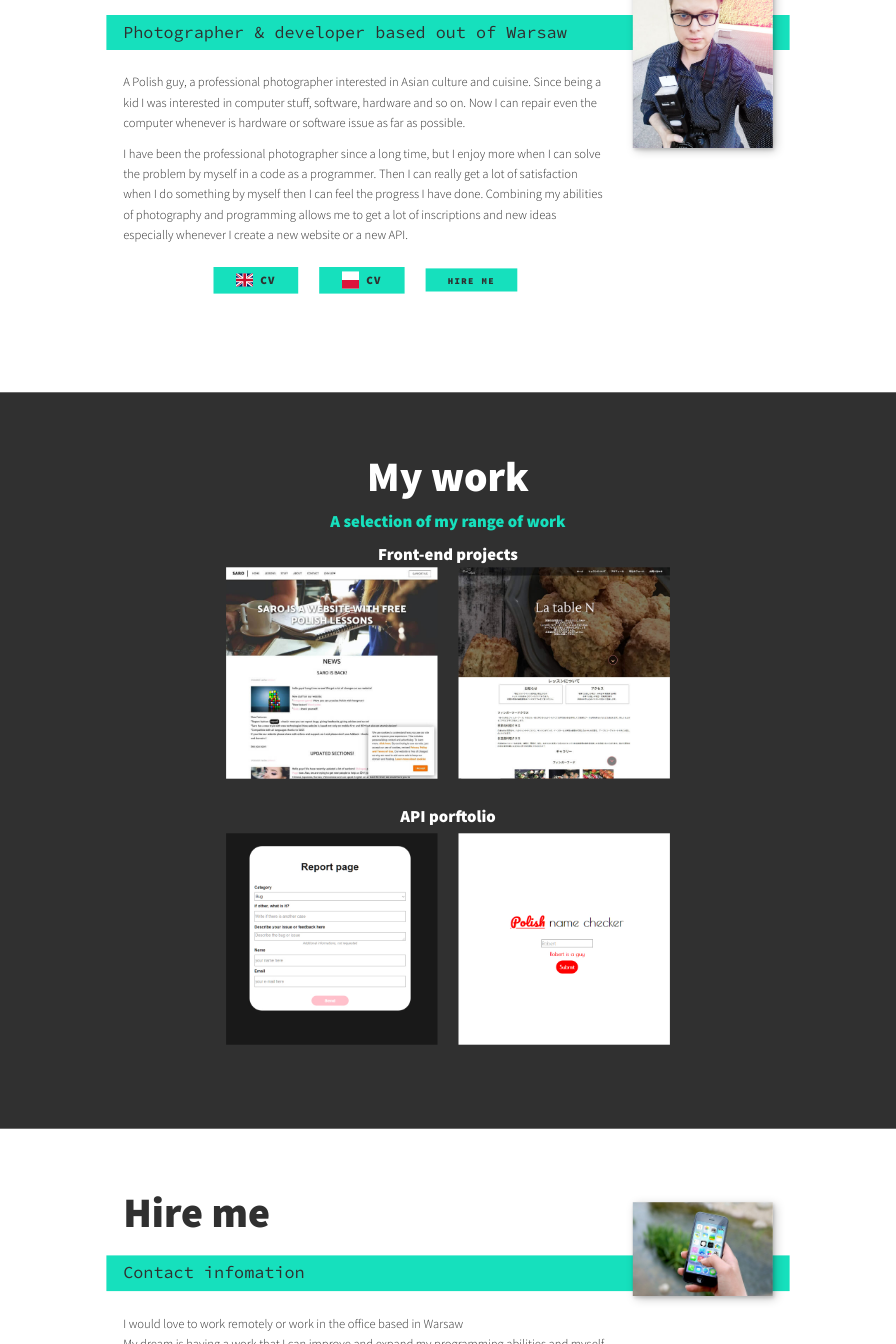
Repository: michalskirobert/michalskirobert.github.io
Page: index.html
An editor plug-in stored every save of this project. The page is shown before and after the next save, followed by the edit.
The browser window is 1280 px wide. The pictures show the part of the page from y = 1529 to 3449 px (the page is 4337 px tall), at 70% of full size.
Some web libraries are served in a nearby version.

Above is the page before, as saved 2020-10-29 22:03:05.
Console error: TypeError: Cannot read properties of null (reading 'addEventListener')

### index.html
<!DOCTYPE html>
<html lang="en">

<head>
    <meta charset="UTF-8">
    <meta name="viewport" content="width=device-width, initial-scale=1.0">
    <meta name="theme-color" content="#16e0bd"/>
    <meta name="apple-mobile-web-app-status-bar-style" content="#16e0bd"/>

    <title>Robert Michalski</title>
    <link rel="stylesheet" href="https://cdnjs.cloudflare.com/ajax/libs/normalize/7.0.0/normalize.min.css">
    <link rel="stylesheet" href="https://cdnjs.cloudflare.com/ajax/libs/font-awesome/5.11.2/css/all.css"
        integrity="sha256-46qynGAkLSFpVbEBog43gvNhfrOj+BmwXdxFgVK/Kvc=" crossorigin="anonymous" />

    <!-- Update these with your own fonts -->
    <link href="https://fonts.googleapis.com/css?family=Source+Code+Pro:400,900|Source+Sans+Pro:300,900&display=swap"
        rel="stylesheet">

    <link rel="stylesheet" href="css/style.css">

</head>

<body>
    <header>
        <div class="logo">
            <i class="fas fa-terminal"></i>
            <p class="name"></p>
        </div>
        <button class="nav-toggle" aria-label="toggle navigation">
            <span class="hamburger"></span>
        </button>
        <nav class="nav">
            <ul class="nav__list">
                <li class="nav__item"><a href="#home" class="nav__link">Home</a></li>
                <li class="nav__item"><a href="#skills" class="nav__link">My skills</a></li>
                <li class="nav__item"><a href="#about" class="nav__link">About me</a></li>
                <li class="nav__item"><a href="#work" class="nav__link">My Work</a></li>
                <li class="nav__item"><a href="#hire-me" class="nav__link">Hire me</a></li>
            </ul>
        </nav>
    </header>

    <!-- Introduction -->
    <section class="intro" id="home">
        <h1 class="section__title section__title--intro">
            Hi, I am <strong>Robert <br>
                Michalski</strong>
        </h1>
        <p class="section__subtitle section__subtitle--intro">front-end dev</p>
        <img src="img/dev-robert.jpg" alt="a picture of me with smile :)" class="intro__img">
        <div class="button__item">
            <a href="#about" class="btn">About me</a>
        </div>
    </section>


    <!-- My skills -->
    <section class="my-skills" id="skills">
        <h2 class="section__title section__title--skills">Skills</h2>
        <div class="skills">
            <div class="skill">
                <h3>Technologies</h3>
                <p><i class="fab fa-html5"></i>(Good)</p>
                <p><i class="fab fa-css3-alt"></i>(Good)</p>
                <p><i class="fab fa-sass"></i>(Basic)</p>
                <p><i class="fab fa-js-square"></i>(ES5, ES6, jQuery, JSON - Basic)</b>
                <p><i class="fab fa-github"></i>(Basic)</p>
                <p><i class="fab fa-java"></i>(Very basic)</p>
                <h3>And little bit</h3>
                <div class="skill__row">
                    <i class="fab fa-php"></i>
                    <i class="fab fa-react"></i>
                    <i class="fab fa-node"></i>
                </div>
            </div>
            <!-- / skill -->
            <div class="skill">
                <h3>Tools</h3>
                <div class="image__item">
                    <img src="./img/visual-studio-code-1.svg" alt="Visual Studio Code" />
                    <img src="./img/intellij-idea-1.svg" alt="Inteliji IDEA" />
                    <img src="./img/adobe-xd.svg" alt="Adobe Xd" />
                    <img src="./img/adobe-photoshop-cs6.svg" alt="Adobe Photoshop" />
                    <img src="./img/lightroom-cc.svg" alt="Adobe Lightroom" />
                    <img src="./img/gsap-greensock.svg" alt="GSAP" />
                    <img src="./img/google-analytics-3.svg" alt="Google Analytics" />
                    <img src="./img/google-lighthouse.svg" alt="Google Lighthouse" />
                    <img src="./img/Npm-01.svg" alt="NPM">
                </div>
                <h3>Methods</h3>
                <p>BEM, RWD, <b>Mobile first</b>.</p>
                <p>Following the example of <span>A</span>tomic <span>D</span>esign</p>
            </div>
            <!-- / skill -->
            <div class="skill">
                <h3>Languages</h3>
                <p>Polish</p>
                <p>English</p>
                <p>Korean</p>
                <p>Japanese</p>
            </div>
            <!-- / skill -->
        </div>
        <!-- / skills -->

        <a href="#work" class="btn">My Work</a>
    </section>


    <!-- About me -->
    <section class="about-me" id="about">
        <h2 class="section__title section__title--about">Who I am</h2>
        <p class="section__subtitle section__subtitle--about">Photographer & developer based out of Warsaw</p>

        <div class="about-me__body">
            <p>A Polish guy, a professional photographer interested in Asian culture and cuisine. Since being a kid I
                was
                interested in computer
                stuff, software, hardware and so on. Now I can repair even the computer whenever is hardware or software
                issue as
                far as possible.</p>
            <p>I have been the professional photographer since a long time, but I enjoy more when I can solve the problem by myself in a
                code
                as a programmer. Then I can really get a lot of satisfaction when I do something by myself then I can
                feel the progress I have done. Combining my abilities of photography and programming allows me to get a
                lot of inscriptions and new ideas especially whenever I create a new website or a new API. </p>
        </div>
        <img src="img/dev-robert02.jpg" alt="Photographer Robert Michalski" class="about-me__img">

        <div class="portfolio-item-individual">
            <a href="cv_en.pdf" class="btn" target="_blank"><b><img src="./img/gb.svg" width="25px" height="25px"
                        style="float: left; margin-right: 10px;">CV</b></a>
            <a href="cv.pdf" class="btn" target="_blank"><b><img src="./img/pl.svg" width="25px" height="25px"
                        style="float: left; margin-right: 10px;">CV</b></a>
                        <a href="#hire-me" class="btn">Hire me</a>
        </div>
    </section>

    <!-- My Work -->
    <section class="my-work" id="work">
        <h2 class="section__title section__title--work">My work</h2>
        <p class="section__subtitle section__subtitle--work">A selection of my range of work</p>
        <h3 class="section__title section__title--work">Front-end projects</h3>
        <div class="portfolio">
            <!-- Portfolio item 01 -->
            <div class="portfolio__item">
                <img src="img/portfolio-01.jpg" alt="Saro.website - Website for people studying Polish" class="portfolio__img">
                <div class="describe__item">
                    <div class="describe">
                        <h3>SARO.website</h3>
                        <p>Website was made for people studying Polish</p>
                        <b>Used technologies:</b>
                        <div class="check__item">
                            <i class="fab fa-html5"></i>
                            <i class="fab fa-sass"></i>
                            <i class="fab fa-js-square"></i>
                            <i class="fab fa-php"></i>
                        </div>
                        <div class="check__item">
                            <i class="fab fa-github"></i>
                            <a href="https://github.com/michalskirobert/SARO-2.0.2" target="_blank"><b>Source code</b></a>
                        </div>
                        <div class="check__item">
                            <i class="fas fa-server"></i>
                            <a href="https://saro.website" target="_blank"><b>Live</b></a>
                        </div>
                    </div>
                </div>
            </div>

            <!-- Portfolio item 02 -->
            <div class="portfolio__item">
                <img src="img/portfolio-02.jpg" alt="La Table N - best finger foods in Japan" class="portfolio__img">
                <div class="describe__item">
                    <div class="describe">
                        <h3>La Table N</h3>
                        <p>Website made for Japanese teacher of finger foods</p>
                        <b>Used technologies:</b>
                        <div class="check__item">
                            <i class="fab fa-html5"></i>
                            <i class="fab fa-sass"></i>
                            <i class="fab fa-js-square"></i>
                            <i class="fab fa-php"></i>
                        </div>
                        <div class="check__item">
                            <i class="fab fa-github"></i>
                            <a href="https://github.com/michalskirobert/La-Table-N" target="_blank"><b>Source code</b></a>
                        </div>
                        <div class="check__item">
                            <i class="fas fa-server"></i>
                            <a href="http://latablen.saro.website" target="_blank"><b>Live</b></a>
                        </div>
                    </div>
                </div>
            </div>

            <!-- Portfolio item 03 -->
            <!-- <div class="portfolio__item">
                    <img src="img/portfolio-02.jpg" alt="" class="portfolio__img">
                    <div class="describe__item">
                        <div class="discribe">
                        <p>discribe</p>
                    </div>
                        <div class="check__item">
                       <a href="#"><i class="fab fa-github"></i>
                        <b>Source code</b></a>
                        </div>
                        <div class="check__item">
                            <a href="#"><i class="fas fa-server"></i>
                        <b>Live</b></a>
                    </div>
                    </div>
                </div> -->
        </div>
        <h3 class="section__title section__title--work">API porftolio</h3>
        <div class="portfolio">
            <div class="portfolio__item">
                <img src="img/portfolio__api-01.jpg" alt="Report API by Robert Michalski" class="portfolio__img">
                <div class="describe__item">
                    <div class="describe">
                        <h3>Report.JS</h3>
                        <p>Website made for getting infomations about bugs from users, live you can check to click report on saro.website</p>
                        <b>Used technologies:</b>
                        <div class="check__item">
                            <i class="fab fa-html5"></i>
                            <i class="fab fa-sass"></i>
                            <i class="fab fa-js-square"></i>
                            <i class="fab fa-php"></i>
                        </div>
                        <div class="check__item">
                            <a href="https://github.com/michalskirobert/report-JS" target="_blank"><i class="fab fa-github"></i>
                                <b>Source code</b></a>
                        </div>
                        <div class="check__item">
                            <a href="https://michalskirobert.github.io/portfolio/api/01/index.html" target="_blank"><i class="fas fa-server"></i>
                                <b>Live</b></a>
                        </div>
                    </div>
                </div>
            </div>

            <div class="portfolio__item">
                <img src="img/portfolio__api-02.jpg" alt="Polish Name checker by Robert Michalski" class="portfolio__img">
                <div class="describe__item">
                    <div class="describe">
                        <h3>Polish name Checker API</h3>
                        <p>This API I created for people who are confused with Polish names</p>
                        <b>Used technologies:</b>
                        <div class="check__item">
                            <i class="fab fa-html5"></i>
                            <i class="fab fa-css3-alt"></i>
                            <i class="fab fa-js-square"></i>
                        </div>
                        <div class="check__item">
                            <a href="https://github.com/michalskirobert/Polish-name-checker-1.0.0" target="_blank"><i class="fab fa-github"></i>
                                <b>Source code</b></a>
                        </div>
                        <div class="check__item">
                            <a href="https://michalskirobert.github.io/portfolio/api/02/index.html" target="_blank"><i class="fas fa-server"></i>
                                <b>Live</b></a>
                        </div>
                    </div>
                </div>
            </div>
        </div>
    </section>

    <!-- Hire me -->
    <section class="hire-me" id="hire-me">
        <h2 class="section__title section__title--hireMe">Hire me</h2>
        <p class="section__subtitle section__subtitle--hireMe">Contact infomation</p>

        <div class="hire-me__body">
            <p>I would love to work remotely or work in the office based in Warsaw <br>
                My dream is having a work that I can improve and expand my programming abilities and myself in
                front-end.
            </p>
            <p>I would love to learn more about Node.JS, React.JS and even PHP - for me if I can understand more
                back-end then I can be a really good front-end developer
            </p>
            <form action="https://formspree.io/f/moqpdypa" method="POST">
                <h3>Contact</h3>
                <input placeholder="Name or company name" type="text" id="name" name="name" value="" required>
                <input placeholder="Email" type="email" id="email" name="email"
                    onblur="this.setAttribute('value', this.value);" value="" required>
                    <textarea placeholder="Message" rows="1" id="msg" name="message" required></textarea>
                 <button type="submit">Send</button>
            </form>
        </div>
        <img src="img/contact.jpg" alt="Warsaw" class="about-me__img">
    </section>

    <!-- Footer -->
    <footer class="footer">
        <a href="mailto:robertxmichalskio@gmail.com" class="footer__link">robertxmichalskio@gmail.com</a>
        <ul class="social-list">
            <!-- <li class="social-list__item">
                <a class="social-list__link" href="https://codepen.io">
                    <i class="fab fa-codepen"></i>
                </a>
            </li> -->
            <li class="social-list__item">
                <a class="social-list__link" href="https://www.linkedin.com/in/robert-michalski-3792641b3/" target="_blank">
                    <i class="fab fa-linkedin"></i>
                </a>
            </li>
            <li class="social-list__item">
                <a class="social-list__link" href="https://www.facebook.com/oresamashikou/" target="_blank">
                    <i class="fab fa-facebook-square"></i>
                </a>
            </li>
            <li class="social-list__item">
                <a class="social-list__link" href="https://github.com/michalskirobert" target="_blank">
                    <i class="fab fa-github"></i>
                </a>
            </li>
        </ul>
    </footer>
    <div class="intro-slider">
        <div class="intro-text">
            <h2 class="hide">
                <span class="text">ロバート</span>
            </h2>
            <h2 class="hide">
                <span class="text">フロントエンド開発者</span>
            </h2>
            <h2 class="hide">
                <span class="text">ようこそ</span>
            </h2>
        </div>
    </div>
    <div class="slider"></div>
    <script src="https://ajax.googleapis.com/ajax/libs/jquery/3.5.1/jquery.min.js"></script>
    <script src="https://cdnjs.cloudflare.com/ajax/libs/gsap/3.5.1/gsap.min.js"
        integrity="sha512-IQLehpLoVS4fNzl7IfH8Iowfm5+RiMGtHykgZJl9AWMgqx0AmJ6cRWcB+GaGVtIsnC4voMfm8f2vwtY+6oPjpQ=="
        crossorigin="anonymous"></script>
    <script src="https://cdnjs.cloudflare.com/ajax/libs/gsap/3.4.2/ScrollTrigger.min.js"></script>
      <script src="https://formspree.io/js/formbutton-v1.min.js" defer></script>
  <script>
    window.formbutton=window.formbutton||function(){(formbutton.q=formbutton.q||[]).push(arguments)};
    formbutton("create", {action: "https://formspree.io/f/moqpdypa"})
  </script>
    <script src="js/index.js"></script>
    <script src="js/animations.js"></script>
    <script src="js/mail.js"></script>
</body>

</html>

### css/reset.css
html, body, div, span, applet, object, iframe,
h1, h2, h3, h4, h5, h6, p, blockquote, pre,
a, abbr, acronym, address, big, cite, code,
del, dfn, em, img, ins, kbd, q, s, samp,
small, strike, strong, sub, sup, tt, var,
b, u, i, center,
dl, dt, dd, ol, ul, li,
fieldset, form, label, legend,
table, caption, tbody, tfoot, thead, tr, th, td,
article, aside, canvas, details, embed,
figure, figcaption, footer, header, hgroup,
menu, nav, output, ruby, section, summary,
time, mark, audio, video {
	margin: 0;
	padding: 0;
	border: 0;
	outline: 0;
	font-size: 100%;
	font: inherit;
	vertical-align: baseline;
	background: transparent;
}
/* HTML5 display-role reset for older browsers */
article, aside, details, figcaption, figure,
footer, header, hgroup, menu, nav, section {
	display: block;
}
body {
	line-height: 1;
}
ol, ul {
	list-style: none;
}
blockquote, q {
	quotes: none;
}
blockquote:before, blockquote:after,
q:before, q:after {
	content: '';
	content: none;
}
table {
	border-collapse: collapse;
	border-spacing: 0;
}

Loaded but not shown: js/animations.js (63 lines, source omitted); js/mail.js (45 lines, source omitted); js/index.js (15 lines, source omitted); css/style.css (1032 lines, source omitted)

After the next save:
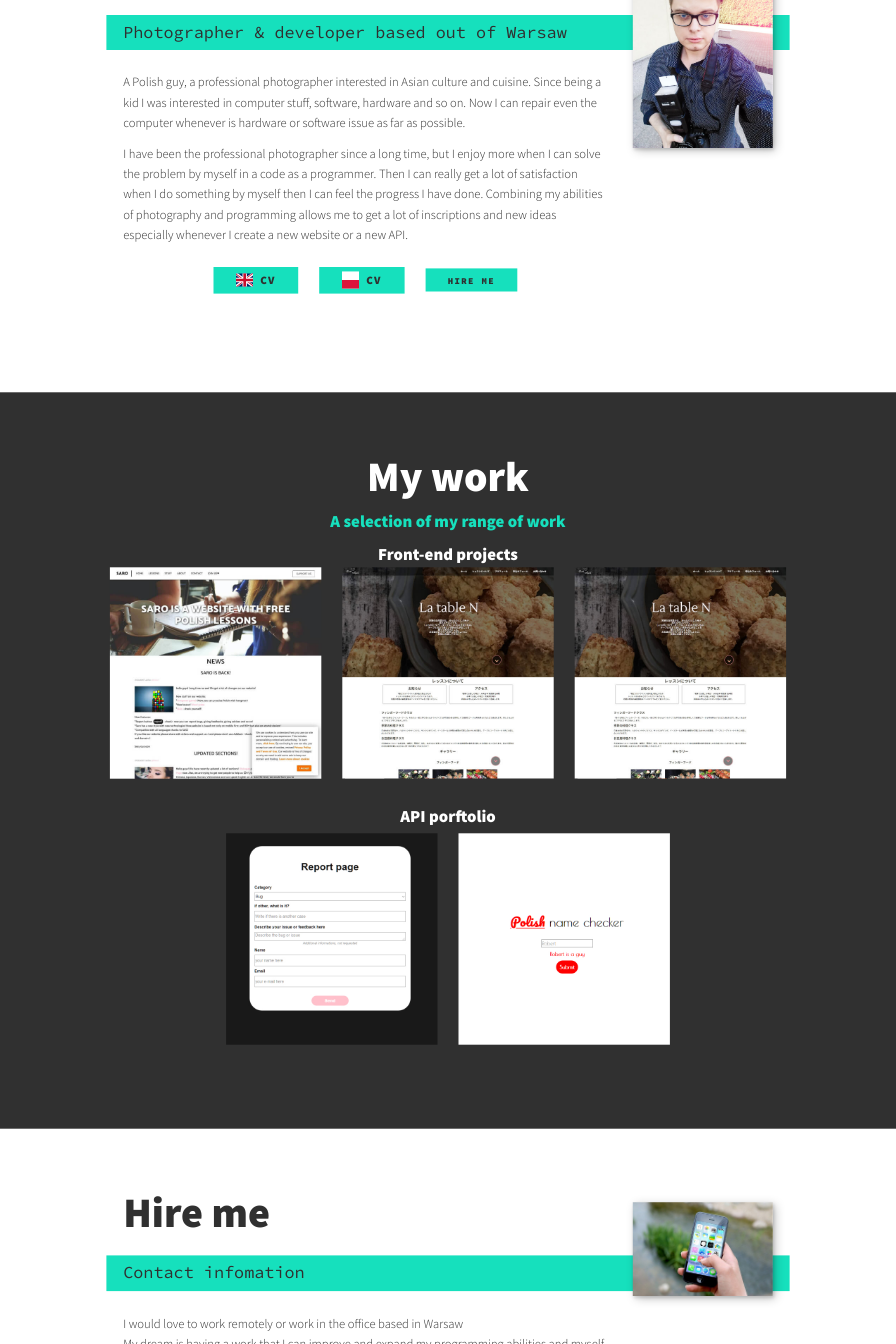
Saved 45 min 27 s later.
--- a/index.html
+++ b/index.html
@@ -195,11 +195,18 @@
             </div>
 
             <!-- Portfolio item 03 -->
-            <!-- <div class="portfolio__item">
+            <div class="portfolio__item">
                     <img src="img/portfolio-02.jpg" alt="" class="portfolio__img">
                     <div class="describe__item">
                         <div class="discribe">
-                        <p>discribe</p>
+                    <h3>Korean Drama-web</h3>
+                        <p>It was my first mobile first website in mobile first I have learnt on a front-end course</p>
+                        <b>Used technologies:</b>
+                        <div class="check__item">
+                            <i class="fab fa-html5"></i>
+                            <i class="fab fa-css3-alt"></i>
+                            <i class="fab fa-js-square"></i>
+                        </div>
                     </div>
                         <div class="check__item">
                        <a href="#"><i class="fab fa-github"></i>
@@ -210,7 +217,7 @@
                         <b>Live</b></a>
                     </div>
                     </div>
-                </div> -->
+                </div>
         </div>
         <h3 class="section__title section__title--work">API porftolio</h3>
         <div class="portfolio">
